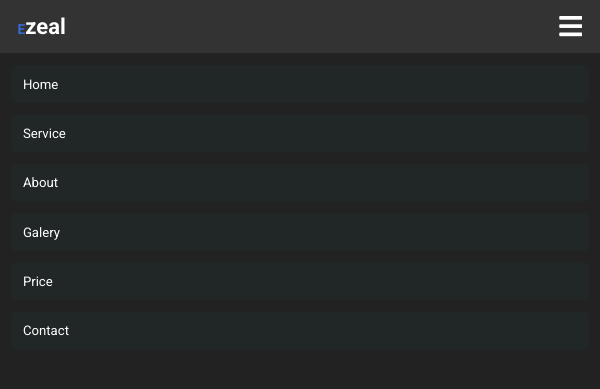
Repository: Jayce1607/First-clone
Page: html/index.html
These files come from the project's save history. The page is drawn as it stood at one moment and after the next save; the edit follows.
The browser window is 600 px wide. The pictures show the whole page.

Above is the page before, as saved 2021-08-26 17:57:07.

After the next save:
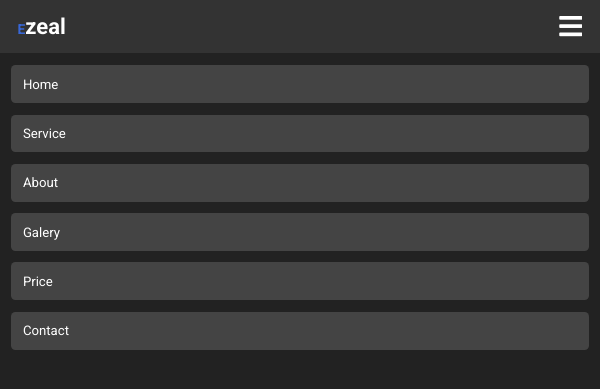
Saved 5 s later.
--- a/css/app.css
+++ b/css/app.css
@@ -97,7 +97,7 @@
     border-radius: .5rem;
     margin: 1.3rem;
     font-size: 1.5rem;
-    background:#2442;
+    background:#444;
 
   }
 }
